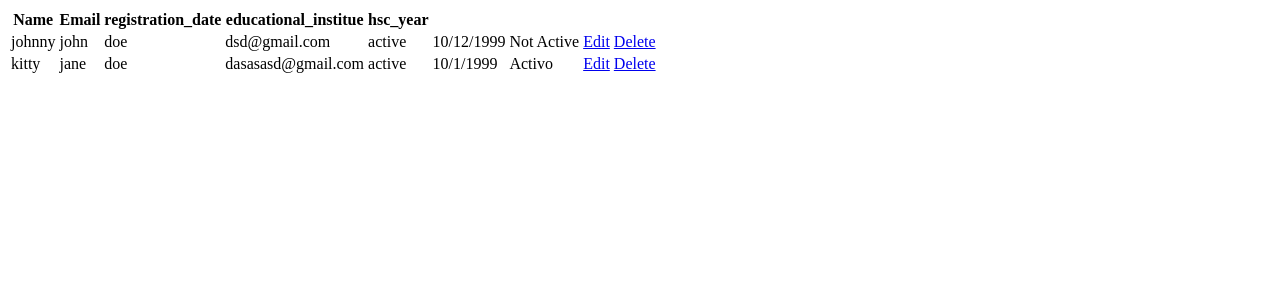
Repository: SabitDeepto/Chitra
Page: CRUD/templates/index.html
The author's editor kept a copy of each file at every save. The page is drawn from the files as they stood at one save, then again after the next save.
The browser window is 1280 px wide. The pictures show the whole page.
The template is drawn by Django 2.2. The application's start-up code is not run. Other server files are loaded and not shown. The template is opened directly, without the code that normally fills it, so the values that code supplies are empty.

Above is the page before, as saved 2019-01-08 12:39:09.

### CRUD/templates/index.html
{% comment %} {% for x in ex %}
<div class="container">
<a href = '#'>{{x.name}}<br>
</div>
 <p>My mother has <span style="color:blue">blue</span> eyes.</p>
{% endfor %} {% endcomment %}


   </div><table class="table table-striped table-hover table-users">
    			<thead>
    				<tr>

    					<th class="hidden-phone">Name</th>

    					<th >Email</th>
    					<th>registration_date</th>
    					<th class="hidden-phone">educational_institue</th>
    					<th>hsc_year</th>
    					<th></th>
    					<th></th>
    				</tr>
    			</thead>

    			<tbody>

    				<tr>

    					<td class="hidden-phone">johnny</td>
    					<td>john</td>
    					<td>doe</td>
    					<td class="hidden-phone">dsd@gmail.com</td>
    					<td class="hidden-phone">active</td>
                      <td >10/12/1999</td>

                    	<td><span class="label label-warning">Not Active</span></td>

    					<td><a class="btn mini blue-stripe" href="{site_url()}admin/editFront/1">Edit</a></td>

                        <td><a href="#" class="confirm-delete btn mini red-stripe" role="button" data-title="johnny" data-id="1">Delete</a></td>
                    </tr>
					<tr>

    					<td class="hidden-phone">kitty</td>
    					<td>jane</td>
    					<td>doe</td>
    					<td class="hidden-phone">dasasasd@gmail.com</td>
    					<td class="hidden-phone">active</td>
                      <td class="hidden-phone">10/1/1999</td>

                    	<td><span class="label label-danger">Activo</span></td>

    					<td><a class="btn mini blue-stripe" href="#">Edit</a></td>

                        <td><a href="#" class="confirm-delete btn mini red-stripe" role="button" data-title="kitty" data-id="2">Delete</a></td>
                    </tr>

	               </tbody>

</table>

After the next save:
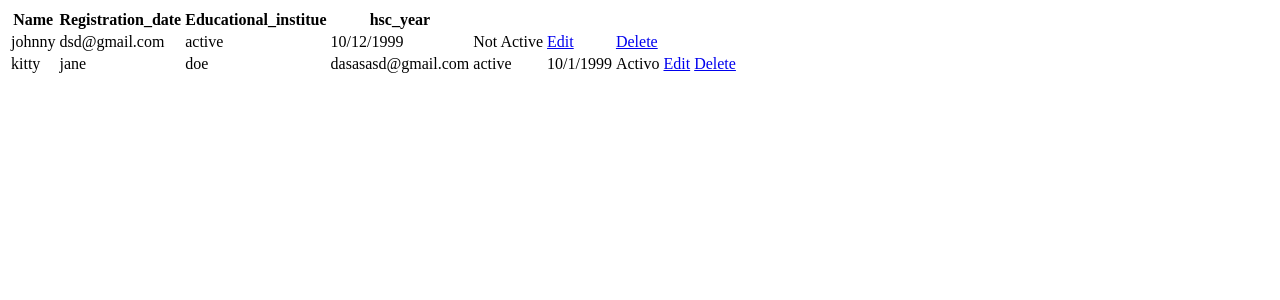
Saved 73 s later.
--- a/CRUD/templates/index.html
+++ b/CRUD/templates/index.html
@@ -9,15 +9,10 @@
    </div><table class="table table-striped table-hover table-users">
     			<thead>
     				<tr>
-
     					<th class="hidden-phone">Name</th>
-
-    					<th >Email</th>
-    					<th>registration_date</th>
-    					<th class="hidden-phone">educational_institue</th>
+    					<th>Registration_date</th>
+    					<th>Educational_institue</th>
     					<th>hsc_year</th>
-    					<th></th>
-    					<th></th>
     				</tr>
     			</thead>
 
@@ -26,8 +21,6 @@
     				<tr>
 
     					<td class="hidden-phone">johnny</td>
-    					<td>john</td>
-    					<td>doe</td>
     					<td class="hidden-phone">dsd@gmail.com</td>
     					<td class="hidden-phone">active</td>
                       <td >10/12/1999</td>
